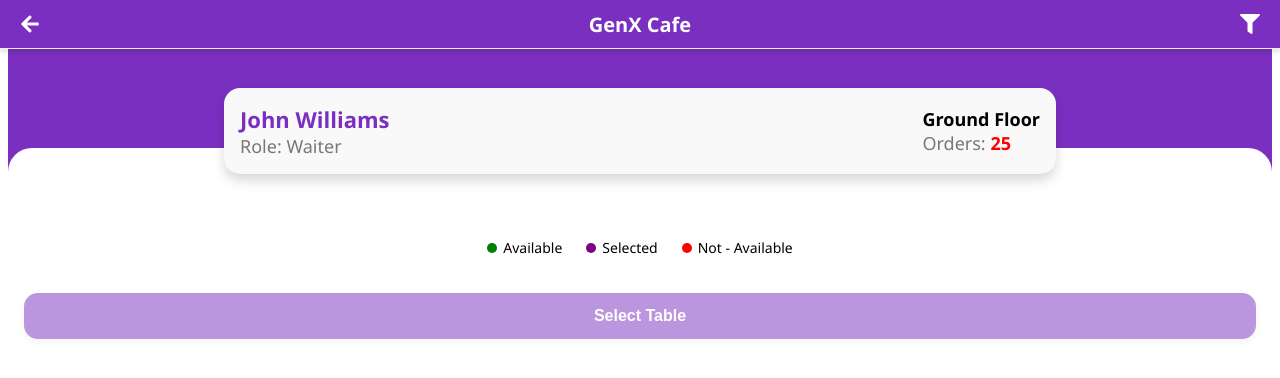
Repository: rajeshwaranslv/sturdy-spork-genx-frontend
Page: /
These files come from the project's save history. The page is drawn as it stood at one moment and after the next save; the edit follows.
The browser window is 1280 px wide. The pictures show the whole page.
The page's requests for data from a server got no answer. The project was rebuilt for these pictures with package versions that can differ from the ones it lists, and the page was loaded fresh each time. No one was signed in, and anything a server would have sent is missing. Also part of the build but not shown: src/components/menu.css, src/components/MenuSelection.js, src/components/OrderReview.js, src/components/Billing.js, src/components/Success.js.

Above is the page before, as saved 2025-07-16 14:34:52.

### src/App.js
import React from 'react';
import { BrowserRouter as Router, Route, Switch } from 'react-router-dom';
import TableSelection from './components/TableSelection';
import MenuSelection from './components/MenuSelection';
import OrderReview from './components/OrderReview';
import Billing from './components/Billing';
import Success from './components/Success';

export default function App() {
  return (
    <Router>
      <Switch>
        <Route exact path="/" component={TableSelection} />
        <Route path="/menu/:tableId" component={MenuSelection} />
   <Route path="/orders/:orderId" component={OrderReview} />

        <Route path="/billing/:orderId" component={Billing} />
        <Route path="/success" component={Success} />
      </Switch>
    </Router>
  );
}

### src/components/TableSelection.js
// src/pages/TableSelection.js
import React, { useEffect, useState } from 'react';
import { getTables } from '../services/api';
import { withRouter } from 'react-router-dom';
import { FaArrowLeft, FaFilter } from 'react-icons/fa';
import './style.css';

function TableSelection({ history }) {
  const [tables, setTables] = useState([]);
  const [selectedTableId, setSelectedTableId] = useState(null);

  const waiter = {
    name: 'John Williams',
    role: 'Waiter',
    floor: 'Ground Floor',
    orders: 25,
  };

  useEffect(() => {
    getTables()
      .then((res) => setTables(res.data))
      .catch((err) => console.error('Failed to fetch tables', err));
  }, []);

  const handleTableClick = (id, status) => {
    if (status === 'available') {
      setSelectedTableId(id === selectedTableId ? null : id);
    }
  };

  const handleSelectTable = () => {
    if (selectedTableId) {
      history.push(`/menu/${selectedTableId}`);
    }
  };

  return (
    <div className="container-fluid">
      <div className="header-bar">
        <FaArrowLeft className="icon" onClick={() => history.goBack()} />
        <h2>GenX Cafe</h2>
        <FaFilter className="icon" />
      </div>

      {/* ✅ Floating Waiter Card */}
      <div className="waiter-card">
        <div className="waiter-left">
          <strong className="waiter-name">{waiter.name}</strong>
          <div className="waiter-role">Role: {waiter.role}</div>
        </div>
        <div className="waiter-right">
          <div className="floor-label">{waiter.floor}</div>
          <div className="orders-count">
            Orders: <span className="order-red">{waiter.orders}</span>
          </div>
        </div>
      </div>

      {/* ✅ White Rounded Container */}
      <div className="table-section">
        <div className="legend-row">
          <div className="legend-item"><span className="legend-dot green" /> Available</div>
          <div className="legend-item"><span className="legend-dot purple" /> Selected</div>
          <div className="legend-item"><span className="legend-dot red" /> Not - Available</div>
        </div>

        <div className="table-grid">
          {tables.map((table) => {
            const isSelected = selectedTableId === table.id;
            const statusClass = isSelected
              ? 'selected'
              : table.status === 'available'
              ? 'available'
              : 'occupied';

            return (
              <button
                key={table.id}
                className={`table-btn ${statusClass}`}
                onClick={() => handleTableClick(table.id, table.status)}
                disabled={table.status === 'occupied'}
              >
                Table {table.id.toString().padStart(2, '0')}
              </button>
            );
          })}
        </div>

        <button
          className="select-btn"
          onClick={handleSelectTable}
          disabled={!selectedTableId}
        >
          Select Table
        </button>
      </div>
    </div>
  );
}

export default withRouter(TableSelection);

### src/services/api.js
import axios from 'axios';

const API = axios.create({
  baseURL: 'http://localhost:3001/',
});

export const getTables = () => API.get('/tables');
export const getTableDetails = (id) => API.get(`/tables/${id}`);
export const getFoodItems = () => API.get('/foodItems');

export const placeOrder = (data) => API.post('/orders', data);
export const updateOrderItemStatus = (id, payload) => API.patch(`/orders/${id}`, payload);
export const getOrder = (id) => API.get(`/orders/${id}`);
export const generateBill = (data) => API.post('/bills', data);

// ✅ NEW: Update table status
export const updateTableStatus = (id, payload) => API.patch(`/tables/${id}`, payload);

### src/components/style.css

*{
  margin: ;
}
.container-fluid {
  position: relative;
  background-color: #7a2fc0;
  /* min-height: 100vh; */
  font-family: 'Segoe UI', sans-serif;
  overflow-x: hidden;
}

/* Header */
.header-bar {
  display: flex;
  justify-content: space-between;
  align-items: center;
  padding: 16px;
  color: white;
  background: #7a2fc0;
  position: sticky;
  top: 0;
  z-index: 10;
}

.header-bar h2 {
  margin: 0;
  font-size: 20px;
}

.icon {
  font-size: 18px;
  cursor: pointer;
}

/* Floating Waiter Card */
.waiter-card {
  position: absolute;
  top: 80px;
  left: 50%;
  transform: translateX(-50%);
  z-index: 20;
  background: white;
  border-radius: 16px;
  box-shadow: 0 6px 12px rgba(0, 0, 0, 0.15);
  padding: 14px 20px;
  width: 90%;
  max-width: 360px;
  display: flex;
  justify-content: space-between;
  align-items: center;
}

.waiter-name {
  color: #7a2fc0;
  font-weight: bold;
}

.waiter-role {
  font-size: 12px;
  color: #777;
}

.floor-label {
  font-weight: bold;
  font-size: 14px;
}

.orders-count {
  font-size: 12px;
  color: #777;
}

.order-red {
  color: red;
  font-weight: bold;
}

/* Main White Rounded Table Section */
.table-section {
  background: white;
  margin-top: 140px; /* space for card to float */
  border-top-left-radius: 24px;
  border-top-right-radius: 24px;
  padding: 90px 16px 24px;
  position: relative;
  z-index: 1;
}

/* Legend */
.legend-row {
  display: flex;
  justify-content: center;
  gap: 24px;
  font-size: 14px;
  margin-bottom: 20px;
  flex-wrap: wrap;
}

.legend-item {
  display: flex;
  align-items: center;
  gap: 6px;
}

.legend-dot {
  width: 10px;
  height: 10px;
  border-radius: 50%;
  display: inline-block;
}

.legend-dot.green {
  background-color: green;
}
.legend-dot.purple {
  background-color: purple;
}
.legend-dot.red {
  background-color: red;
}

/* Table Grid */
.table-grid {
  display: grid;
  grid-template-columns: repeat(auto-fit, minmax(110px, 1fr));
  gap: 14px;
  margin-bottom: 16px;
}

/* Table Buttons */
.table-btn {
  padding: 14px 0;
  border-radius: 14px;
  font-size: 16px;
  font-weight: bold;
  border: 2px solid transparent;
  cursor: pointer;
  text-align: center;
  transition: all 0.2s ease-in-out;
}

.table-btn.available {
  color: green;
  border: 2px solid green;
  background-color: white;
}
.table-btn.available:hover {
  background-color: #f0fff0;
}

.table-btn.selected {
  background-color: #7a2fc0;
  color: white;
  border: 2px solid #7a2fc0;
}

.table-btn.occupied {
  background-color: red;
  color: white;
  cursor: not-allowed;
}

/* Select Button */
.select-btn {
  width: 100%;
  padding: 14px;
  border-radius: 14px;
  background-color: #7a2fc0;
  color: white;
  font-size: 16px;
  font-weight: bold;
  border: none;
  cursor: pointer;
  box-shadow: 0 3px 8px rgba(0, 0, 0, 0.1);
}

.select-btn:disabled {
  opacity: 0.5;
  cursor: not-allowed;
}

.select-btn:hover {
  background-color: #6926b2;
}

/* Responsive */
@media (max-width: 480px) {
  .waiter-card {
    flex-direction: column;
    align-items: flex-start;
    padding: 16px;
    gap: 8px;
  }

  .legend-row {
    gap: 10px;
    font-size: 12px;
  }

  .table-btn {
    font-size: 14px;
    padding: 12px 0;
  }
}
/* Floating Waiter Card */
.waiter-card {
  position: absolute;
  top: 80px;
  left: 50%;
  transform: translateX(-50%);
  z-index: 20;
  background: white;
  border-radius: 16px;
  box-shadow: 0 6px 12px rgba(0, 0, 0, 0.15);
  padding: 14px 20px;
  width: 92%;
  max-width: 380px;
  display: flex;
  justify-content: space-between;
  align-items: center;
  transition: all 0.3s ease-in-out;
}

.waiter-name {
  color: #7a2fc0;
  font-weight: bold;
  font-size: 16px;
}

.waiter-role {
  font-size: 13px;
  color: #777;
}

.floor-label {
  font-weight: bold;
  font-size: 14px;
}

.orders-count {
  font-size: 13px;
  color: #777;
}

.order-red {
  color: red;
  font-weight: bold;
}

/* 💻 Tablet and Desktop View - Wider and Bigger Card */
@media (min-width: 768px) {
  .waiter-card {
    max-width: 640px;
    padding: 20px 32px;
  }

  .waiter-name {
    font-size: 20px;
  }

  .waiter-role,
  .orders-count,
  .floor-label {
    font-size: 16px;
  }
}

/* 🖥️ Larger Screens */
@media (min-width: 1024px) {
  .waiter-card {
    max-width: 800px;
    padding: 24px 40px;
  }

  .waiter-name {
    font-size: 22px;
  }

  .waiter-role,
  .orders-count,
  .floor-label {
    font-size: 18px;
  }
}

### src/components/order.css
/* order */
.order-list {
  margin-top: 20px;
  display: flex;
  flex-direction: column;
  gap: 14px;
}

.item-row {
  display: flex;
  justify-content: space-between;
  align-items: center;
  background: white;
  padding: 42px 52px;
  border-radius: 14px;
  /* box-shadow: 0 4px 10px rgba(0,0,0,0.08); */
  transition: 0.3s ease;
}

.item-info strong {
  font-size: 15px;
  color: #333;
}

.item-info p {
  font-size: 13px;
  margin-top: 4px;
  color: #777;
}

.item-status {
  display: flex;
  flex-direction: column;
  align-items: center;
  gap: 4px;
}

.custom-switch .ant-switch-checked {
  background-color: #7a2fc0 !important;
}

.status-label {
  font-size: 12px;
  font-weight: bold;
  text-transform: capitalize;
}

.status-label.served {
  color: green;
}

.status-label.ordered {
  color: orange;
}

/* Reuse existing purple button style */
.footer-btn {
  width: 100%;
  margin-top: 24px;
  padding: 14px;
  border-radius: 12px;
  border: none;
  background-color: #7a2fc0;
  color: white;
  font-size: 16px;
  font-weight: bold;
  cursor: pointer;
}

.footer-btn:disabled {
  background-color: #ccc;
  cursor: not-allowed;
}
/* success */
.success-page {
  text-align: center;
  margin-top: 50px;
}

.checkmark-circle {
  width: 200px;
  height: 200px;
  margin: 0 auto 20px;
  border-radius: 50%;
  background-color: #7a2fc0;
  position: relative;
  animation: popCircle 0.5s ease-out;
}

.checkmark {
  position: absolute;
  top: 30%;
  left: 40%;
  width: 30px;
  height: 60px;
  border-right: 5px solid white;
  border-bottom: 5px solid white;
  transform: rotate(45deg) scale(0);
  animation: drawCheck 0.4s 0.3s ease forwards;
}

@keyframes popCircle {
  0% {
    transform: scale(0.7);
    opacity: 0;
  }
  100% {
    transform: scale(1);
    opacity: 1;
  }
}

@keyframes drawCheck {
  to {
    transform: rotate(45deg) scale(1);
  }
}
.order-wrapper {
  display: flex;
  flex-direction: column;
  height: 100vh;
  background: #fff;
}

.header-bar {
  display: flex;
  justify-content: space-between;
  align-items: center;
  padding: 16px;
  font-size: 20px;
  border-bottom: 1px solid #eee;
  background: #fff;
  position: sticky;
  top: 0;
  z-index: 10;
}

.waiter-card {
  padding: 16px;
  background: #f9f9f9;
  display: flex;
  justify-content: space-between;
  border-bottom: 1px solid #ddd;
}

.scrollable-content {
  flex: 1;
  overflow-y: auto;
  padding: 16px;
}

.item-row {
  display: flex;
  justify-content: space-between;
  align-items: center;
  margin-bottom: 12px;
  border-bottom: 1px solid #ddd;
  padding-bottom: 10px;
}

.item-info p {
  margin: 4px 0 0;
  color: #666;
}

.item-status {
  display: flex;
  flex-direction: column;
  align-items: center;
}

.status-label {
  margin-top: 4px;
  font-size: 12px;
  font-weight: bold;
}

.status-label.ordered {
  color: #d9534f;
}

.status-label.served {
  color: #5cb85c;
}

.footer-btn {
  padding: 16px;
  background-color: #222;
  color: #fff;
  font-size: 18px;
  border: none;
  width: 100%;
  border-top: 1px solid #ccc;
}

### src/components/billing.css
/* billing */
.qty-btn {
  background-color: #7a2fc0;
  color: white;
  border: none;
  border-radius: 6px;
  padding: 4px 10px;
  font-size: 16px;
  font-weight: bold;
  cursor: pointer;
  transition: background-color 0.2s ease;
}

.qty-btn:hover {
  background-color: #6926b2;
}
.billing-wrapper {
  display: flex;
  flex-direction: column;
  height: 100vh;
  background: #fff;
}

.header-bar {
  display: flex;
  justify-content: space-between;
  align-items: center;
  padding: 16px;
  font-size: 20px;
  border-bottom: 1px solid #eee;
  background: #fff;
  position: sticky;
  top: 0;
  z-index: 10;
}

.waiter-card {
  padding: 16px;
  background: #f9f9f9;
  display: flex;
  justify-content: space-between;
  border-bottom: 1px solid #ddd;
}

.scrollable-content {
  flex: 1;
  overflow-y: auto;
  padding: 16px;
}

.order-list {
  list-style: none;
  padding: 0;
  margin: 0;
}

.item-row {
  display: flex;
  justify-content: space-between;
  margin-bottom: 12px;
  border-bottom: 1px solid #ddd;
  padding-bottom: 10px;
}

.item-info p {
  margin: 4px 0 0;
  color: #666;
}

.qty-btn {
  background: #eee;
  border: none;
  padding: 6px 12px;
  font-size: 18px;
  border-radius: 8px;
}

.invoice-summary {
  margin-top: 24px;
  font-size: 16px;
}

.footer-btn {
  padding: 16px;
  background-color: #222;
  color: #fff;
  font-size: 18px;
  border: none;
  width: 100%;
  border-top: 1px solid #ccc;
}
.scrollable-content {
  flex: 1;
  overflow-y: auto;
  padding: 16px;
  padding-bottom: 100px; /* 👈 Add this to leave space above the footer */
}
.invoice-summary {
  margin-top: 24px;
  font-size: 16px;
  background: #f9f9f9;
  padding: 16px;
  border-radius: 12px;
}
.invoice-summary {
  position: sticky;
  bottom: 0;
  background: #fff;
  padding: 16px;
  border-top: 1px solid #eee;
  box-shadow: 0 -2px 6px rgba(0, 0, 0, 0.05);
}

### src/components/success.css
/* Container for Success Page */
.success-page {
  min-height: 100vh;
  display: flex;
  flex-direction: column;
  padding-top: 70px; /* space for header */
  align-items: center;
  justify-content: center;
  background-color: #f8f8f8;
  position: relative;
  text-align: center;
  box-sizing: border-box;
}

/* Header Bar */
.header-bar {
  position: fixed;
  top: 0;
  left: 0;
  right: 0;
  background: #7a2fc0;
  color: white ;
  display: flex;
  justify-content: space-between;
  align-items: center;
  padding: 14px 20px;
  z-index: 1000;
  box-shadow: 0 2px 6px rgba(0, 0, 0, 0.15);
}

.header-bar h2 {
  position: absolute;
  left: 50%;
  transform: translateX(-50%);
  margin: 0;
  font-size: 20px;
   color: white !important ;

}

.icon {
  color: white;
  font-size: 20px;
  cursor: pointer;
  z-index: 10;
}

/* Checkmark Animation */
.checkmark-circle {
  width: 160px;
  height: 160px;
  background-color: #7a2fc0;
  border-radius: 50%;
  display: flex;
  align-items: center;
  justify-content: center;
  margin: 40px auto 20px;
  animation: popCircle 0.5s ease-out;
}

.checkmark {
  width: 30px;
  height: 60px;
  border-right: 6px solid white;
  border-bottom: 6px solid white;
  transform: rotate(45deg) scale(0);
  animation: drawCheck 0.4s 0.3s ease forwards;
}

@keyframes popCircle {
  0% {
    transform: scale(0.7);
    opacity: 0;
  }
  100% {
    transform: scale(1);
    opacity: 1;
  }
}

@keyframes drawCheck {
  to {
    transform: rotate(45deg) scale(1);
  }
}

/* Success Message */
.success-page h2 {
  font-size: 18px;
  margin-top: 12px;
  color: #000000;
}

/* Fixed Bottom Button */
.footer-btn {
  position: fixed;
  bottom: 20px;
  left: 16px;
  right: 16px;
  padding: 14px;
  font-size: 16px;
  font-weight: bold;
  background-color: #7a2fc0;
  color: white;
  border: none;
  border-radius: 14px;
  cursor: pointer;
  box-shadow: 0 4px 8px rgba(0, 0, 0, 0.1);
}

Loaded but not shown: public/index.html (common file); src/index.js (common file)

After the next save:
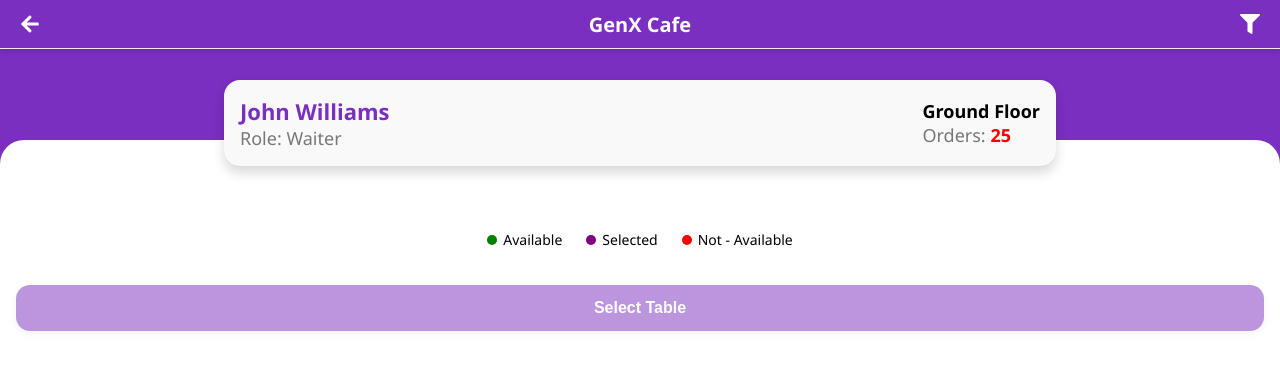
Saved 5 s later.
--- a/src/components/style.css
+++ b/src/components/style.css
@@ -1,6 +1,7 @@
 
 *{
-  margin: ;
+  margin: 0;
+  padding: 0;
 }
 .container-fluid {
   position: relative;
